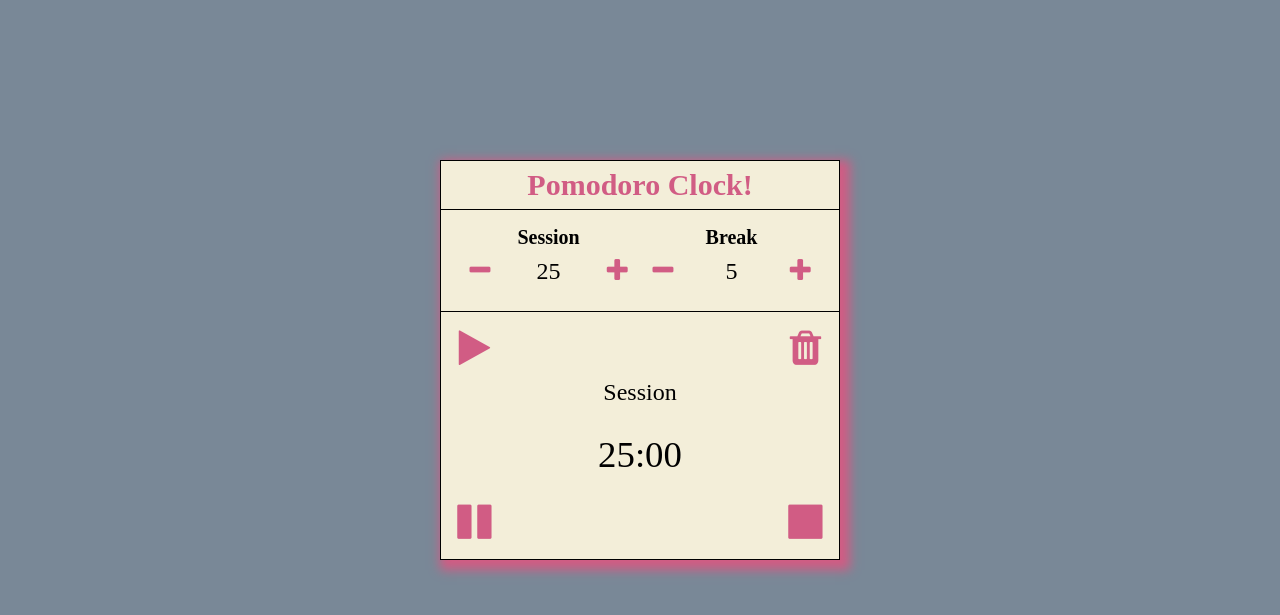
Repository: mcostigliola/pomodoroTimer
Page: index.html
These files come from the project's save history. The page is drawn as it stood at one moment and after the next save; the edit follows.
The browser window is 1280 px wide. The pictures show the whole page.

Above is the page before, as saved 2020-06-10 19:39:45.

After the next save:
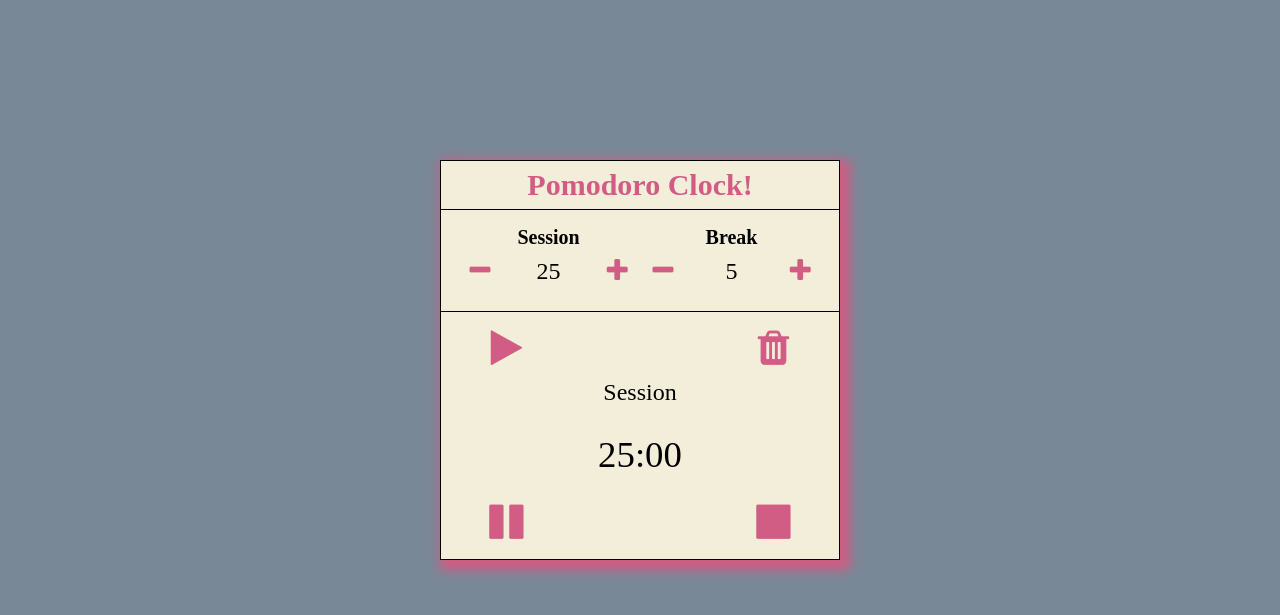
Saved 51 s later.
--- a/main.css
+++ b/main.css
@@ -74,7 +74,7 @@ i{
     display:flex;
     flex-flow: column;
     justify-content: space-between  ;
-    padding: 1rem 1rem 2rem 1rem;
+    padding: 1rem 3rem 2rem 3rem;
     text-align: center;
 }
 
